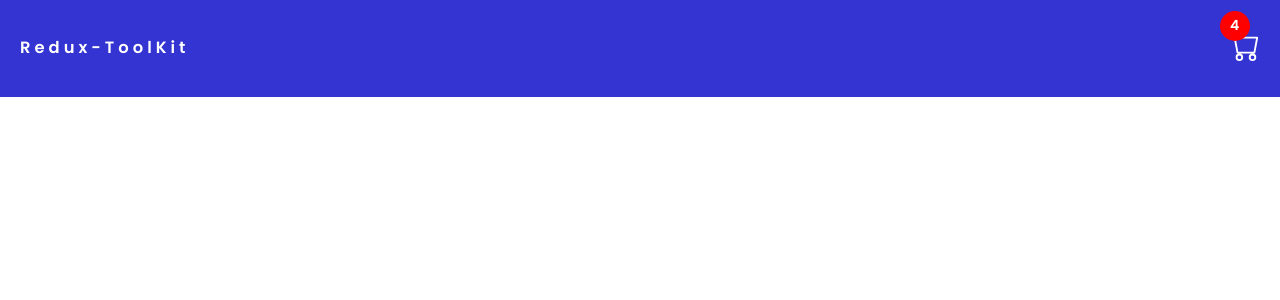
Repository: OmniaRafat232111121/shoppingCart
Page: /
An editor plug-in stored every save of this project. The page is shown before and after the next save, followed by the edit.
The browser window is 1280 px wide. The pictures show the whole page.
The project was rebuilt for these pictures with package versions that can differ from the ones it lists, and the page was loaded fresh each time. Also part of the build but not shown: src/App.css.

Above is the page before, as saved 2023-02-07 16:14:46.

### src/index.js
import React from 'react';
import ReactDOM from 'react-dom/client';
import './index.css';
import App from './App';
import { Provider } from 'react-redux';
import { store } from './store';
const root = ReactDOM.createRoot(document.getElementById('root'));
root.render(
  <React.StrictMode>
    <Provider store={store}>
      <App />
    </Provider>
  </React.StrictMode>
);

### src/index.css
@import url('https://fonts.googleapis.com/css2?family=Poppins:ital,wght@0,100;0,200;0,600;1,100;1,200;1,500;1,600&display=swap');
body {
  margin:0;
  padding:0;
  box-sizing: border-box;
  line-height: 1.5;
  font-size: 0.875rem;
  font-family: 'Poppins', sans-serif;
}
nav{
  background-color: rgb(52, 52, 211);
  padding:20px 20px;
}
.nav-center{
  display: flex;
  align-items: center;
  justify-content: space-between;
  width:100%;
  color:#fff;
  margin:0 auto;
}
.nav-center h3{
  letter-spacing: 4px;
}
.nav-center h3:hover{
  letter-spacing: 2px;
}
.nav-container{
  position: relative;
}
.amount-container{
  position: absolute;
  top:-20px;
  left:-10px;
  background-color: red;
  border-radius: 50%;

  width:30px;
  height:30px;
}
.total-amount{
  position: absolute;
  left:10px;
  top:-10px;
  text-align: center;
 font-weight: bold;
}

### src/App.js
import './App.css';
import CartContainer from './Component/CartContainer';
import Navbar from './Component/Navbar';

function App() {
  return (
    <div className="App">
      <Navbar />
      <CartContainer/>
    </div>
  );
}

export default App;

### src/store.js
import { configureStore } from "@reduxjs/toolkit";
import cartReducer from './features/cart/cartSlice'
export const store = configureStore({
    reducer: {
        cart:cartReducer
    }
})

### src/Component/CartContainer.js
import React from 'react'

const CartContainer = () => {
  return (
      <div>

      </div>
  )
}

export default CartContainer

### src/Component/Navbar.js
import React from 'react'
import { useSelector } from 'react-redux';
import {BsCart} from 'react-icons/bs'
const Navbar = () => {
    const data=useSelector((state)=>state.cart)
  return (
      <>
          <nav>
              <div className='nav-center'>
                  <h3>Redux-ToolKit</h3>
                  <div className='nav-container'>
                      <BsCart size={30}  />
                      <div className='amount-container'>
                          <p className='total-amount'>{data.amount}</p>
          </div>
                  </div>

              </div>
          </nav>
      </>
  )
}

export default Navbar

### src/features/cart/cartSlice.js
import { createSlice } from "@reduxjs/toolkit";
import cartItems from "../../cartItems";
const initialState = {
    cartItems: cartItems,
    amount: 4,
    total: 0,
    isLoading:true
}
  const cartSlice = createSlice({
    name: 'cart',
    initialState,
})
console.log(cartSlice)
export default cartSlice.reducer

### src/cartItems.js
const cartItems = [
  {
    id: 'rec1JZlfCIBOPdcT2',
    title: 'Samsung Galaxy S8',
    price: '399.99',
    img: 'https://dl.airtable.com/.attachments/64b266ad865098befbda3c3577a773c9/24497852/yedjpkwxljtb75t3tezl.png',
    amount: 1,
  },
  {
    id: 'recB6qcHPxb62YJ75',
    title: 'google pixel',
    price: '499.99',
    img: 'https://dl.airtable.com/.attachments/91c88ae8c1580e2b762ecb3f73ed1eed/a633139a/phone-1_gvesln.png',
    amount: 1,
  },
  {
    id: 'recdRxBsE14Rr2VuJ',
    title: 'Xiaomi Redmi Note 2',
    price: '699.99',
    img: 'https://dl.airtable.com/.attachments/bae9208dc34f35128749ecda5b999e84/337c285d/phone-3_h2s6fo.png',
    amount: 1,
  },
  {
    id: 'recwTo160XST3PIoW',
    title: 'Samsung Galaxy S7',
    price: '599.99 ',
    img: 'https://dl.airtable.com/.attachments/91ee456448cef47deec553a2ea3fa8ad/b08bec68/phone-2_ohtt5s.png',
    amount: 1,
  },
];

export default cartItems;

Loaded but not shown: public/index.html (common file)

After the next save:
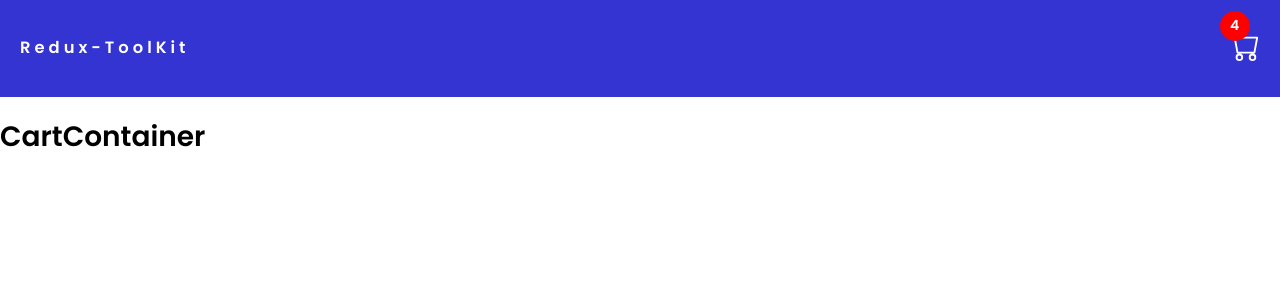
Saved 12 s later.
--- a/src/Component/CartContainer.js
+++ b/src/Component/CartContainer.js
@@ -3,7 +3,7 @@
 const CartContainer = () => {
   return (
       <div>
-
+      <h1>CartContainer</h1>
       </div>
   )
 }

After the 2 saves that followed:
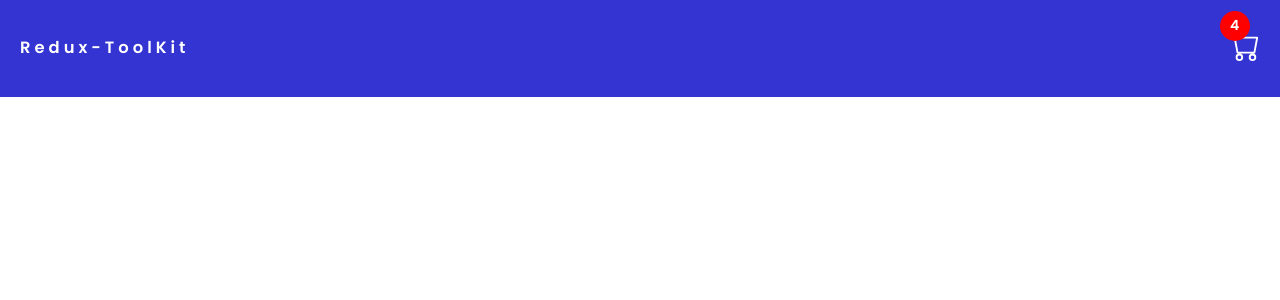
The 2 saves are shown as one change because they came seconds apart.
The last was saved 3 min 17 s later.
--- a/src/Component/CartContainer.js
+++ b/src/Component/CartContainer.js
@@ -2,9 +2,9 @@
 
 const CartContainer = () => {
   return (
-      <div>
-      <h1>CartContainer</h1>
-      </div>
+      <>
+
+      </>
   )
 }
 
